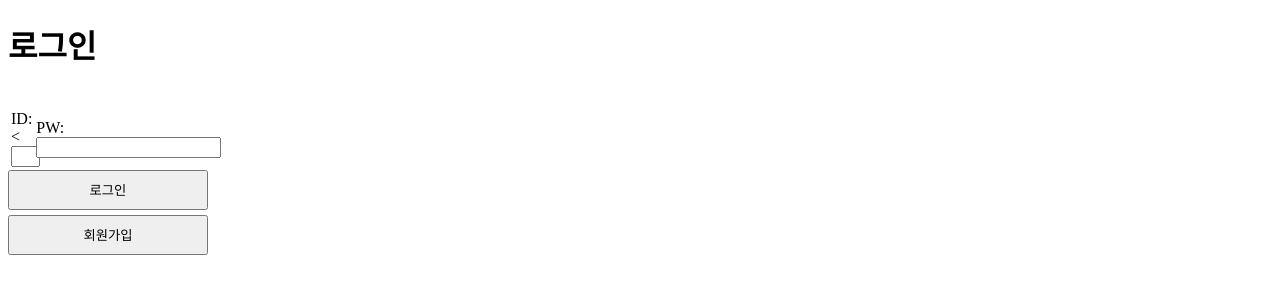
Repository: euniiee/test11
Page: http://localhost/Project/Login.jsp
An editor plug-in stored every save of this project. The page is shown before and after the next save, followed by the edit.
The browser window is 1280 px wide. The pictures show the whole page.
The page is served by Tomcat 9.

Above is the page before, as saved 2023-02-01 01:22:08.

After the next save:
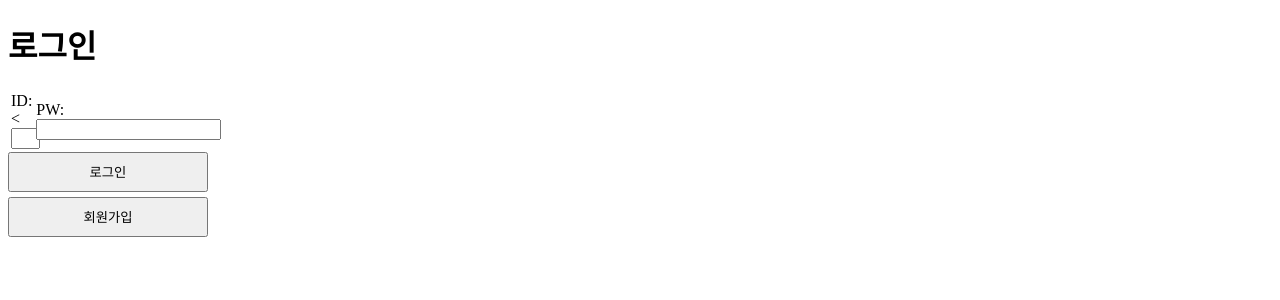
Saved 5 s later.
--- a/Project/WebContent/Login.jsp
+++ b/Project/WebContent/Login.jsp
@@ -15,7 +15,7 @@
 		<h1>로그인</h1>
 		<table>
 			<td>ID: <<input style="width:100%"type="text" class="id" name="id"  required></td>
-			<td style="width:100%;  height:40px;">PW: <input type="password" class="pw" name="pw" required></td><br/>
+			<td style="width:100%;  height:40px;">PW: <input type="password" class="pw" name="pw" required></td>
 		</table>
 			<input type="submit" value="로그인" style="width:100%;  height:40px; margin-bottom:5px"><br>
 			<input type="submit" value="회원가입" style="width:100%; height:40px "><br>
